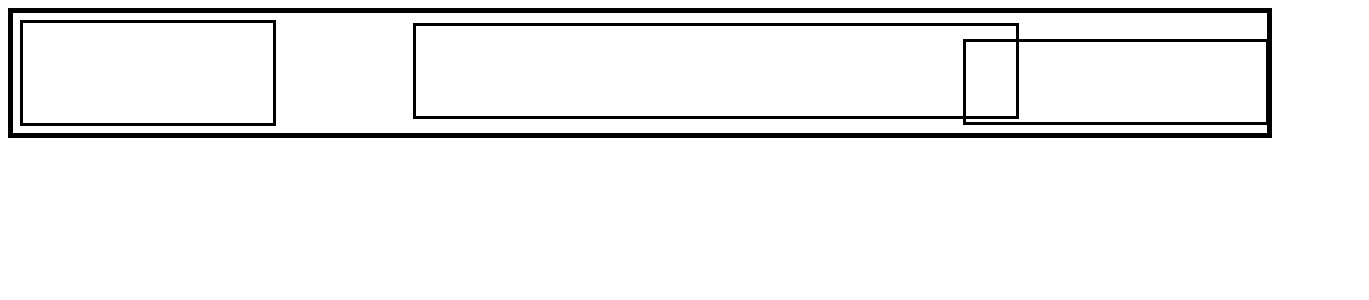
Repository: cartervandekamp/htmlstructure.mdia2003
Page: htmlstructure-psd/index.html
An editor plug-in stored every save of this project. The page is shown before and after the next save, followed by the edit.
The browser window is 1280 px wide. The page is 1280 px wide, then 1369 px, so the pictures cover 1369 px, including what lies to the right of the window. The pictures show the whole page.

Above is the page before, as saved 2023-01-16 18:06:55.

After the next save:
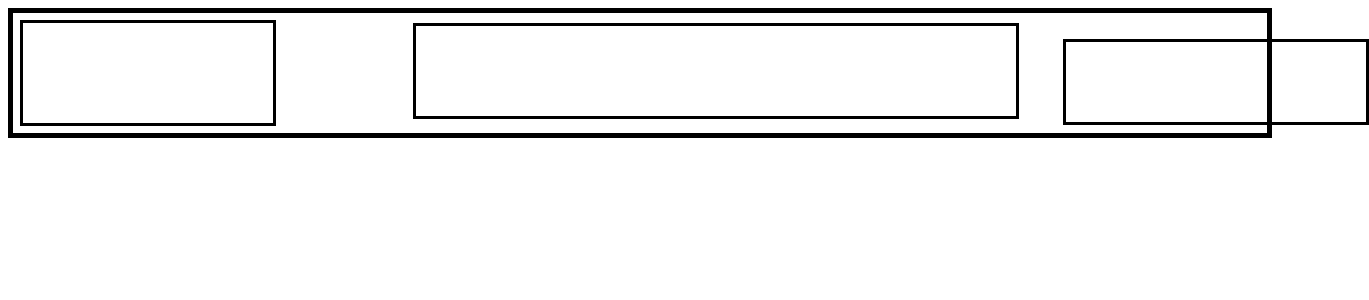
Saved 6 s later.
--- a/htmlstructure-psd/style.css
+++ b/htmlstructure-psd/style.css
@@ -34,6 +34,6 @@ body {
     border-style: solid;
     border-color: black;
     align-items: center;
-    margin-left: 950px;
+    margin-left: 1050px;
     margin-top: -80px;
 }
